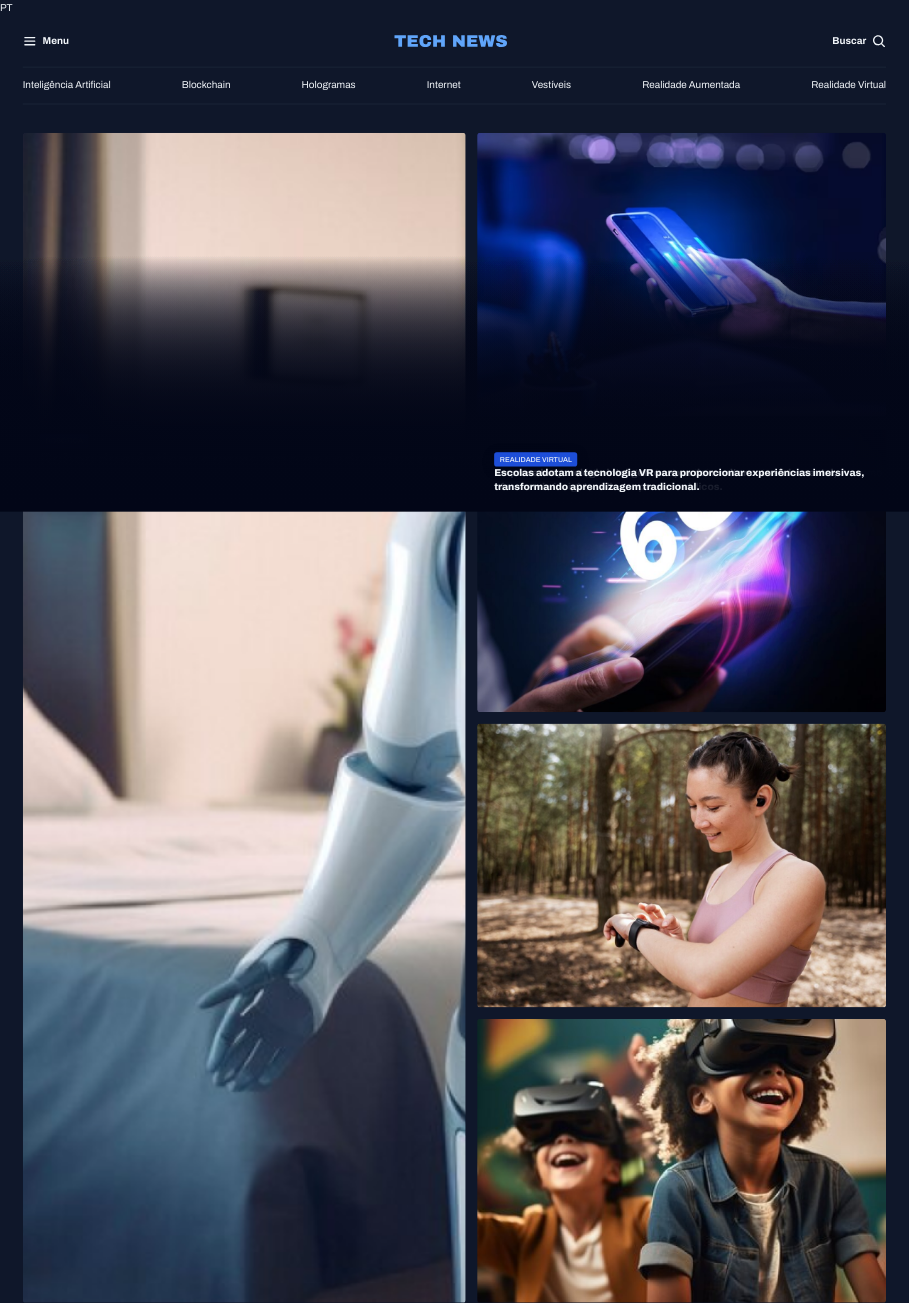
Repository: JeffRodFer/portalDeNoticias
Page: index.html
The author's editor kept a copy of each file at every save. The page is drawn from the files as they stood at one save, then again after a run of saves.
The browser window is 1280 px wide. The pictures show the whole page, at 71% of full size.

Above is the page before, as saved 2025-04-15 22:14:30.

After the next 2 saves:
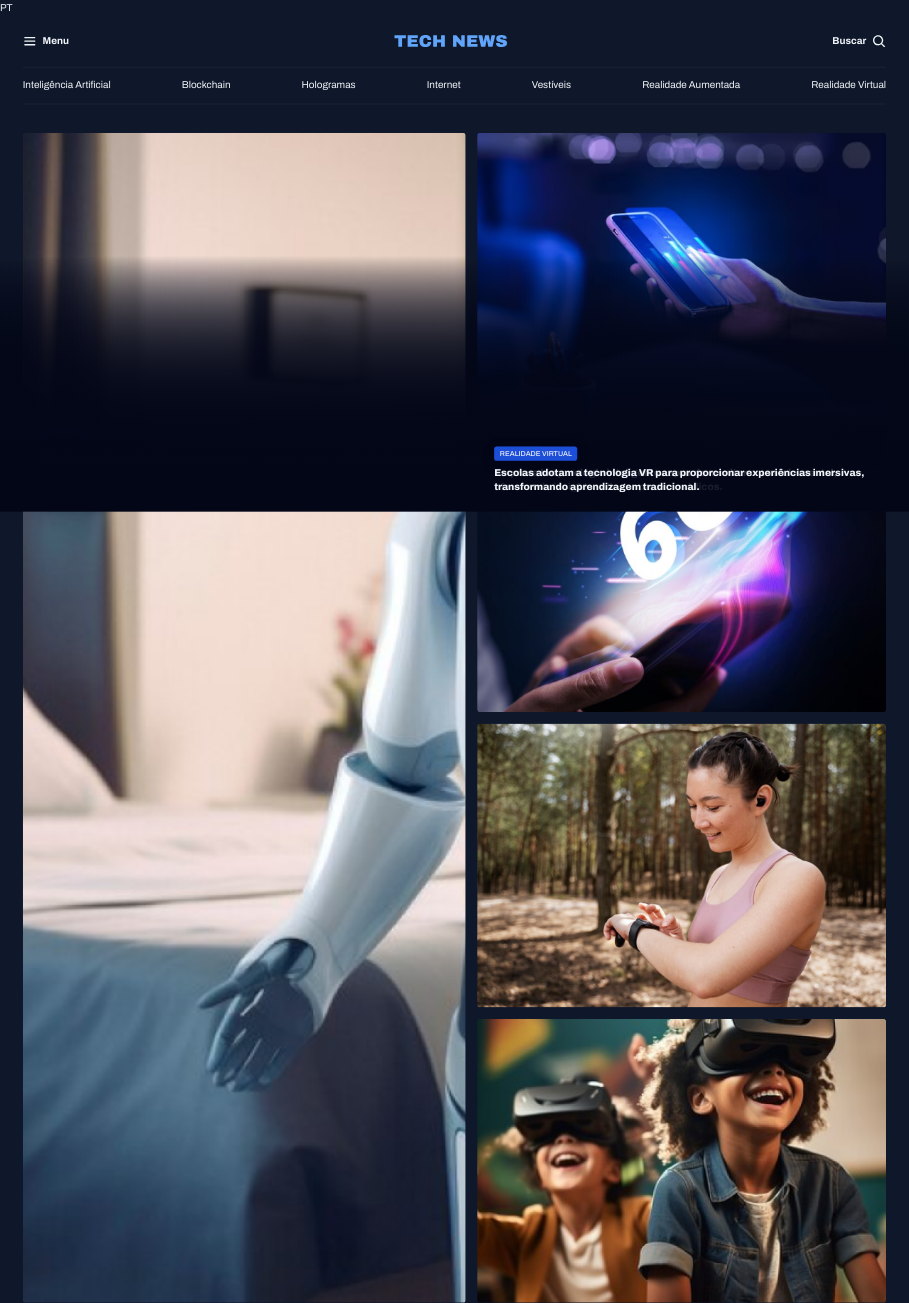
The 2 saves are shown as one change because they came seconds apart.
The last was saved 14 s later.
--- a/styles/sections.css
+++ b/styles/sections.css
@@ -26,8 +26,9 @@
 
     padding: 24px;
 
-    &::has(.tex-lg)
-      padding: 12px:
+    &::has(.tex-lg){
+
+    }
 
     h2 {
       margin-top: 8px;
